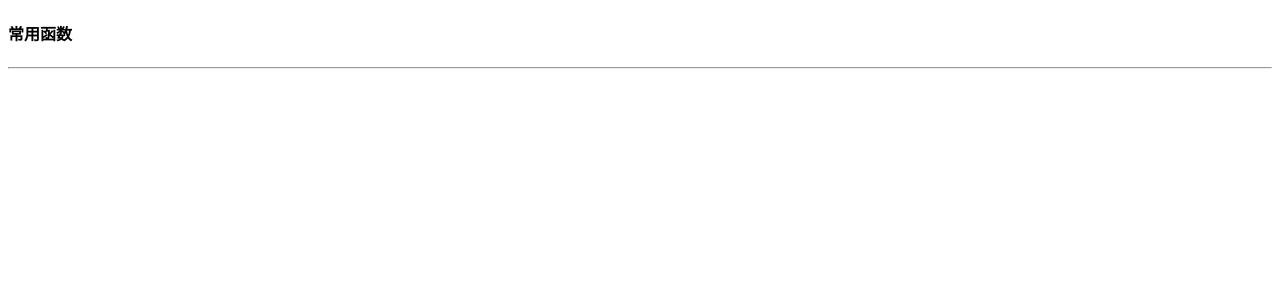
Repository: jionjion/JAVA_WorkSpace
Page: http://localhost/ServletClient/modules/jstlBase/baseXII.jsp
An editor plug-in stored every save of this project. The page is shown before and after the next save, followed by the edit.
The browser window is 1280 px wide. The pictures show the whole page.
The page is served by Tomcat 9. Other server files are loaded and not shown.

Above is the page before, as saved 2017-07-18 16:28:39.

### ServletClient/WebContent/modules/jstlBase/baseXII.jsp
<%@ page language="java" contentType="text/html; charset=UTF-8"
    pageEncoding="UTF-8"%>
<!-- 核心标签 -->
<%@ taglib uri="http://java.sun.com/jsp/jstl/core" prefix="c"%>
<!-- 常用函数 -->
<%@ taglib uri="http://java.sun.com/jsp/jstl/functions"  prefix="fn"%>
<!DOCTYPE html PUBLIC "-//W3C//DTD HTML 4.01 Transitional//EN" "http://www.w3.org/TR/html4/loose.dtd">
<html>
<head>
<meta http-equiv="Content-Type" content="text/html; charset=UTF-8">
<title>Insert title here</title>
</head>
<body>
	<h4>常用函数</h4>
	<hr>


</body>
</html>

After the next save:
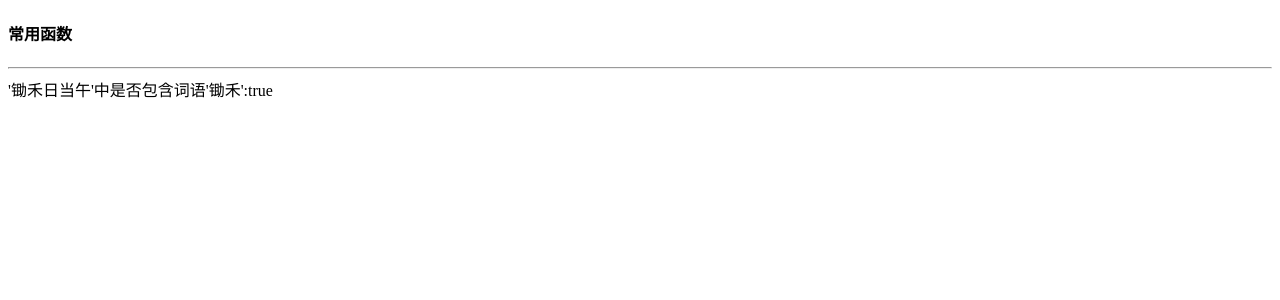
Saved 2 min 0 s later.
--- a/ServletClient/WebContent/modules/jstlBase/baseXII.jsp
+++ b/ServletClient/WebContent/modules/jstlBase/baseXII.jsp
@@ -14,6 +14,7 @@
 	<h4>常用函数</h4>
 	<hr>
 
+	<c:out value="'锄禾日当午'中是否包含词语'锄禾':${fn:contains('锄禾日当午','锄禾') }"></c:out>
 
 </body>
 </html>
